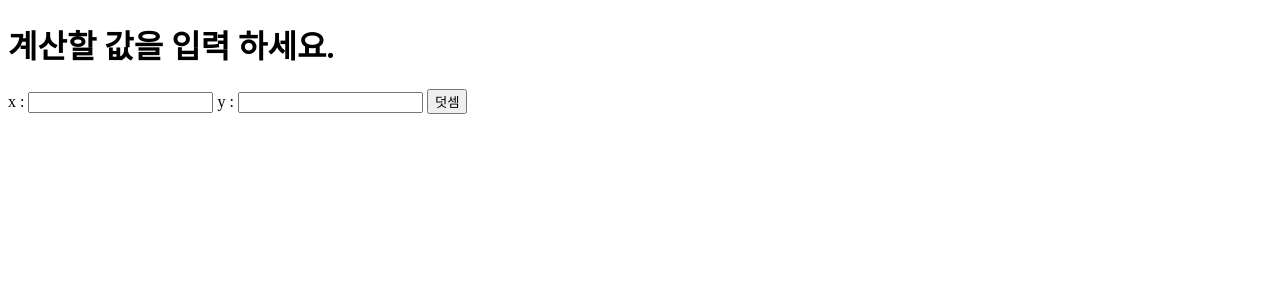
Repository: Realhyeonwoo/study-jsp
Page: project/WebContent/add2.html
These files come from the project's save history. The page is drawn as it stood at one moment and after the next save; the edit follows.
The browser window is 1280 px wide. The pictures show the whole page.

Above is the page before, as saved 2020-04-15 13:06:37.

### project/WebContent/add2.html
<!DOCTYPE html>
<html>
<head>
<meta charset="UTF-8">
<title>Insert title here</title>
</head>
<body>
	<h1>계산할 값을 입력 하세요.</h1>
	<form action="add2" method="post">
		<label>x : </label>
		<input type="text" name="x"/>
		<label>y : </label>
		<input type="text" name="y"/>
		<input type="submit" value="덧셈"/>
	</form>
</body>
</html>

After the next save:
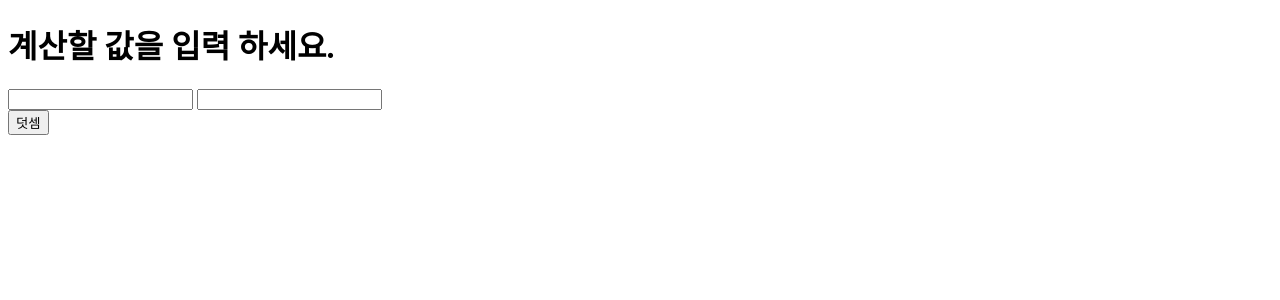
Saved 92 s later.
--- a/project/WebContent/add2.html
+++ b/project/WebContent/add2.html
@@ -7,11 +7,13 @@
 <body>
 	<h1>계산할 값을 입력 하세요.</h1>
 	<form action="add2" method="post">
-		<label>x : </label>
-		<input type="text" name="x"/>
-		<label>y : </label>
-		<input type="text" name="y"/>
-		<input type="submit" value="덧셈"/>
+		<div>
+			<input type="text" name="num" />
+			<input type="text" name="num" />
+		</div>
+		<div>
+			<input type="submit" value="덧셈" />
+		</div>
 	</form>
 </body>
 </html>
